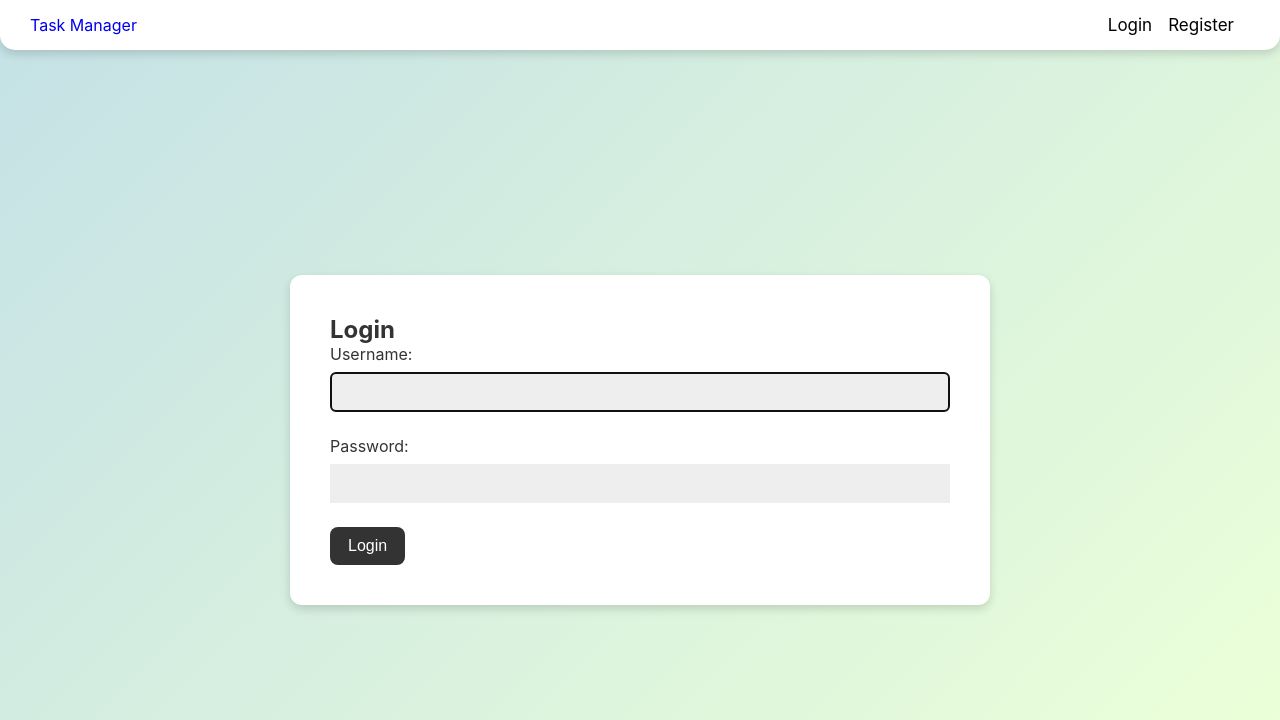
Repository: moatazbenma/fullstack-projects
Page: http://localhost/login/
An editor plug-in stored every save of this project. The page is shown before and after a run of saves, followed by the edit.
The browser window is 1280 px wide. The pictures show the whole page.
The page is served by the project's application, run on Django 5.2 (taskmanager/manage.py).

Above is the page before, as saved 2025-06-01 13:41:35.

After the next 5 saves:
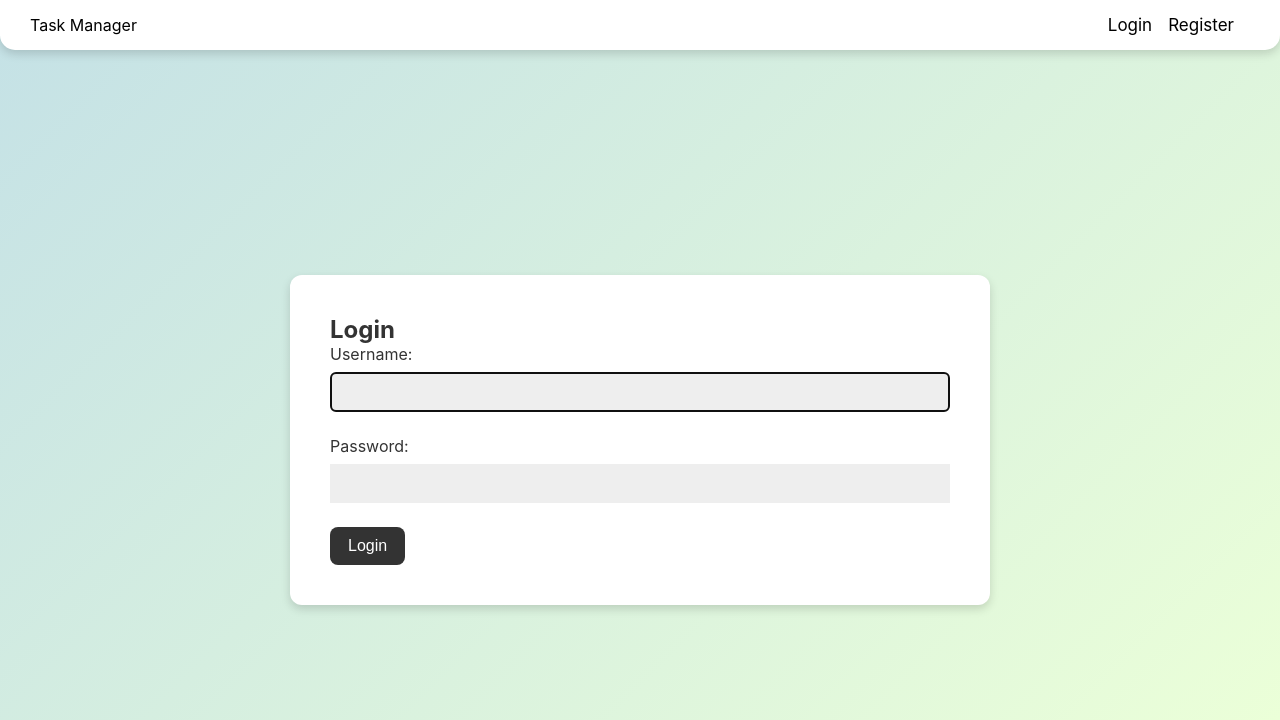
The 5 saves are shown as one change because they came seconds apart.
The last was saved 25 s later.
--- a/taskmanager/tasks/static/tasks/style.css
+++ b/taskmanager/tasks/static/tasks/style.css
@@ -341,6 +341,8 @@ select {
 .logo{
     margin-right: auto;
     text-decoration: none;
+    color: black;
+    size: 15px;
 }
 
 
